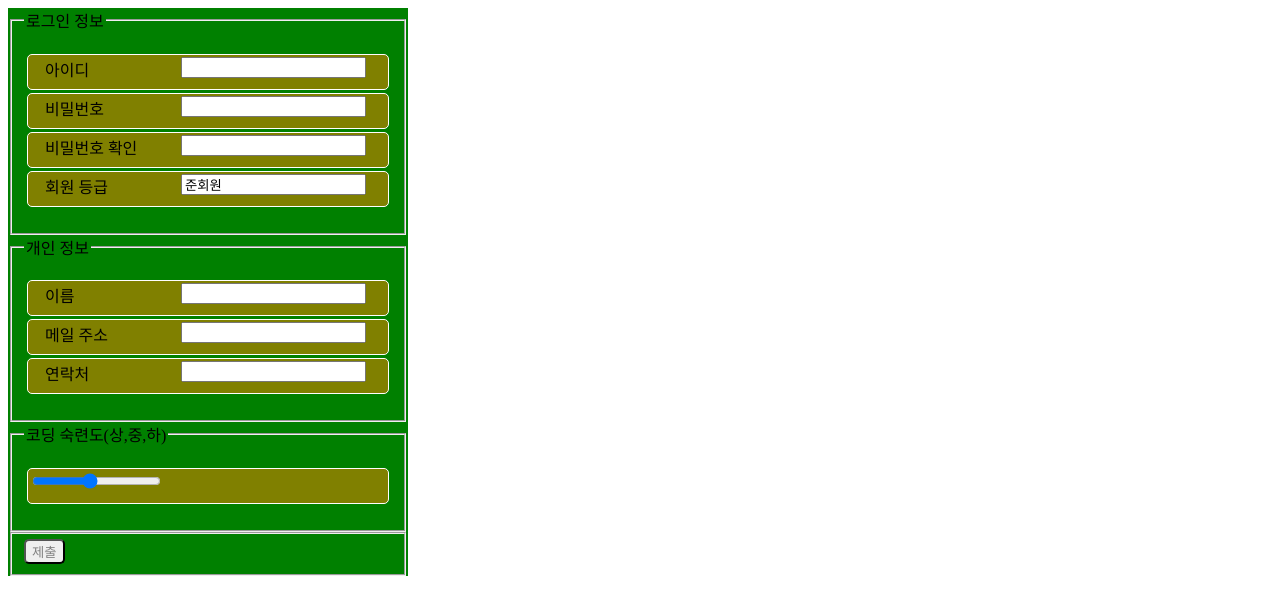
Repository: giwon8701/Qclass_KH
Page: Workspace_Java/testWebProject/test.html
An editor plug-in stored every save of this project. The page is shown before and after the next save, followed by the edit.
The browser window is 1280 px wide. The pictures show the whole page.

Above is the page before, as saved 2021-01-11 02:37:52.

After the next save:
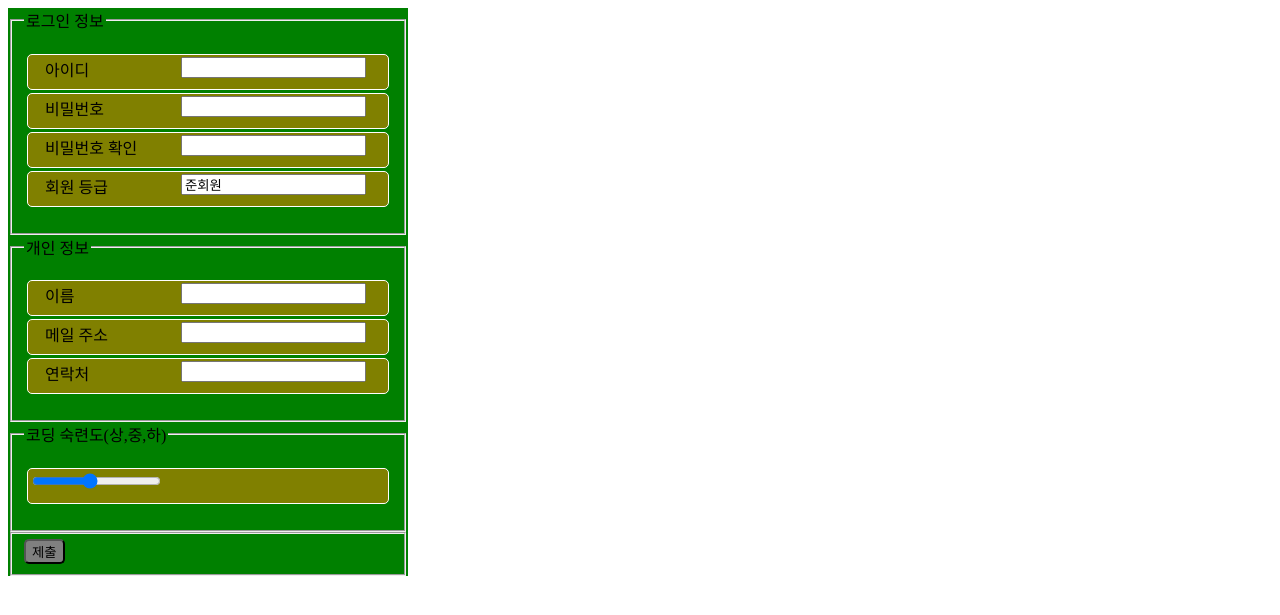
Saved 6 s later.
--- a/Workspace_Java/testWebProject/test_css.css
+++ b/Workspace_Java/testWebProject/test_css.css
@@ -27,7 +27,7 @@
 }
 .btn_submit {
 	border-radius: 5px;
-	color:gray;
+	background-color:gray;
 }
 #coding_level {
 	float: left;
